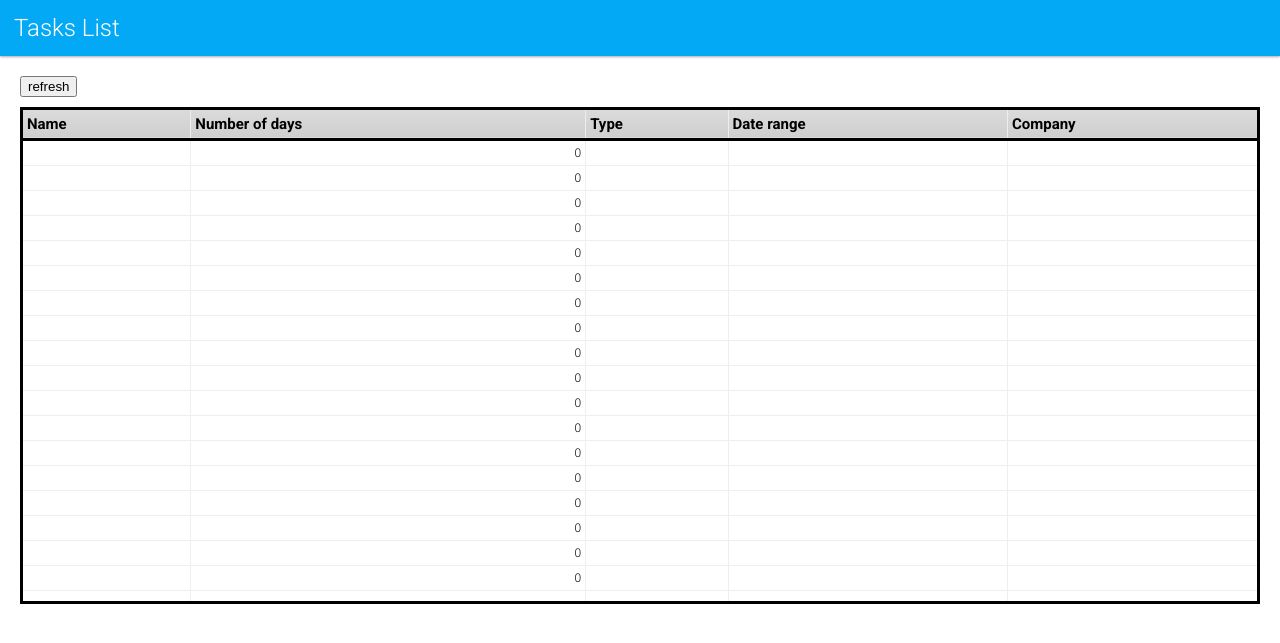
Repository: Megan74/Test-Vanilla-JS
Page: index.html
These files come from the project's save history. The page is drawn as it stood at one moment and after the next save; the edit follows.
The browser window is 1280 px wide. The pictures show the whole page.

Above is the page before, as saved 2022-06-26 20:29:29.

After the next save:
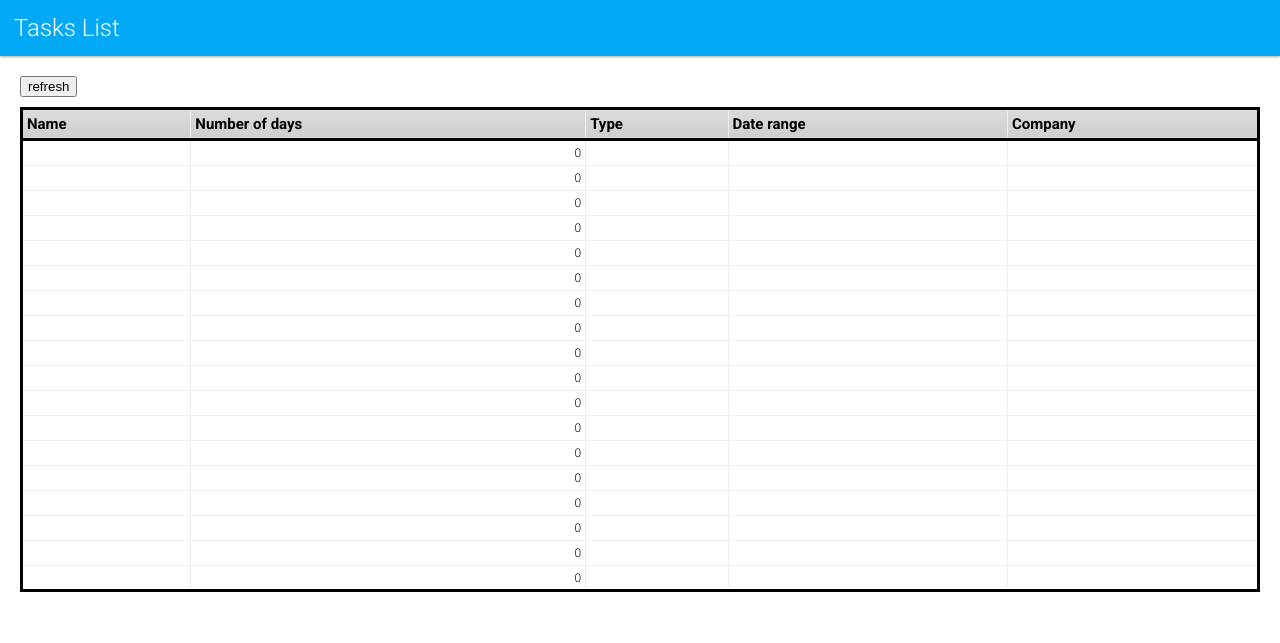
Saved 2 min 29 s later.
--- a/js/_components/tasks-table.component.js
+++ b/js/_components/tasks-table.component.js
@@ -129,9 +129,9 @@
                 var col = self.columns[i];
                 if(aggregatedLine.hasOwnProperty(col.property)){
                     columns.push(`<td>${col.aggregateLabel} ${aggregatedLine[col.property]}</td>`);
-                } else {
+                } /*else {
                     columns.push(`<td></td>`);
-                }
+                }*/
             }
             var tfoot = document.createElement('tr');
             tfoot.innerHTML =`<tfoot><tr>${columns.join('')}</tr></tfoot>`;

After the save that followed:
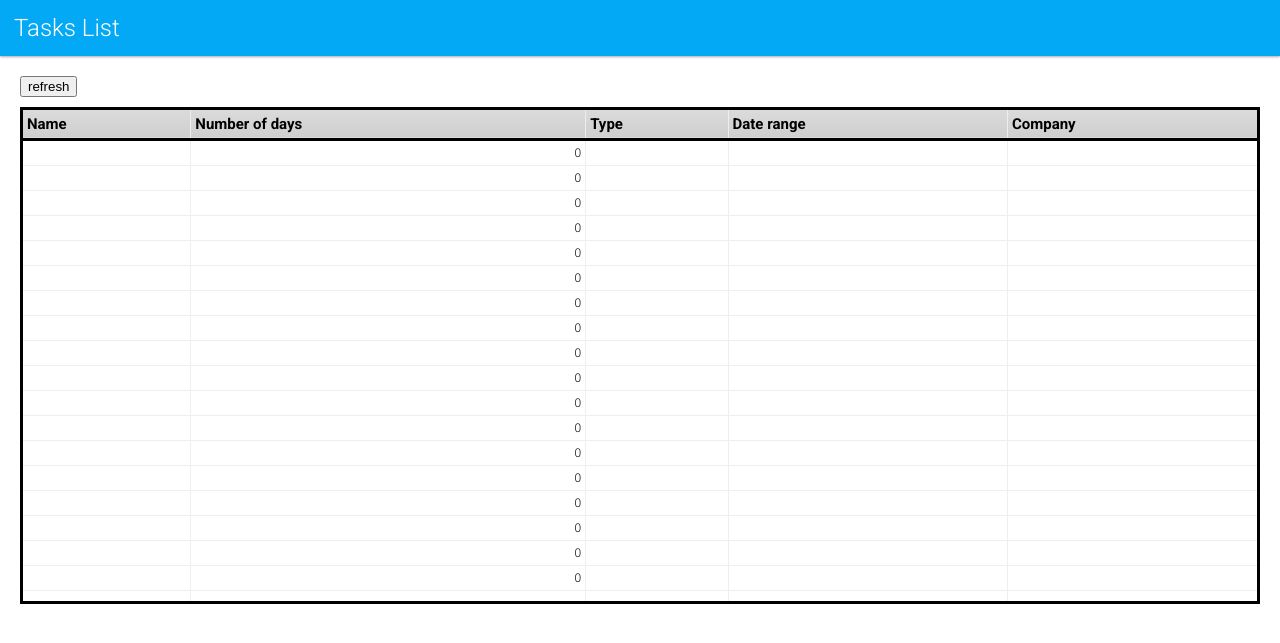
Saved 27 s later.
--- a/js/_components/tasks-table.component.js
+++ b/js/_components/tasks-table.component.js
@@ -129,9 +129,9 @@
                 var col = self.columns[i];
                 if(aggregatedLine.hasOwnProperty(col.property)){
                     columns.push(`<td>${col.aggregateLabel} ${aggregatedLine[col.property]}</td>`);
-                } /*else {
+                } else {
                     columns.push(`<td></td>`);
-                }*/
+                }
             }
             var tfoot = document.createElement('tr');
             tfoot.innerHTML =`<tfoot><tr>${columns.join('')}</tr></tfoot>`;
